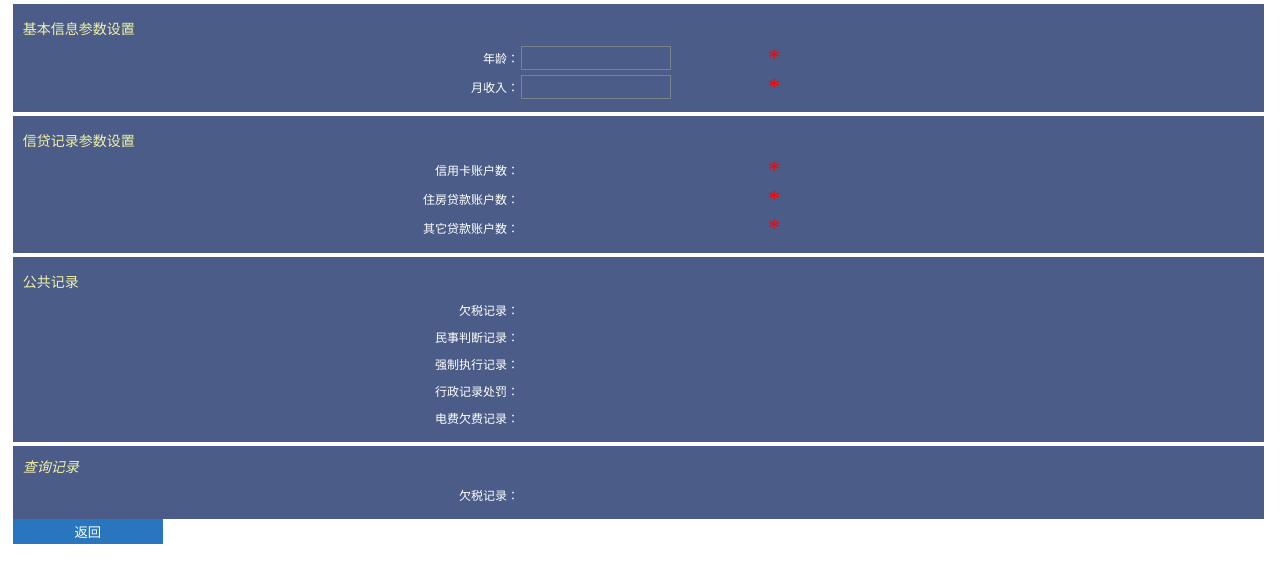
Repository: trieyouth/BigData
Page: http://localhost/BigData/WEB-INF/views/client-credit-analyse-system/data-collect/dataInputDetail.jsp
These files come from the project's save history. The page is drawn as it stood at one moment and after the next save; the edit follows.
The browser window is 1280 px wide. The pictures show the whole page.
The page is served by Tomcat 9. Nobody is signed in. The template is opened directly, without the code that normally fills it, so the values that code supplies are empty.

Above is the page before, as saved 2016-03-10 00:38:37.

After the next save:
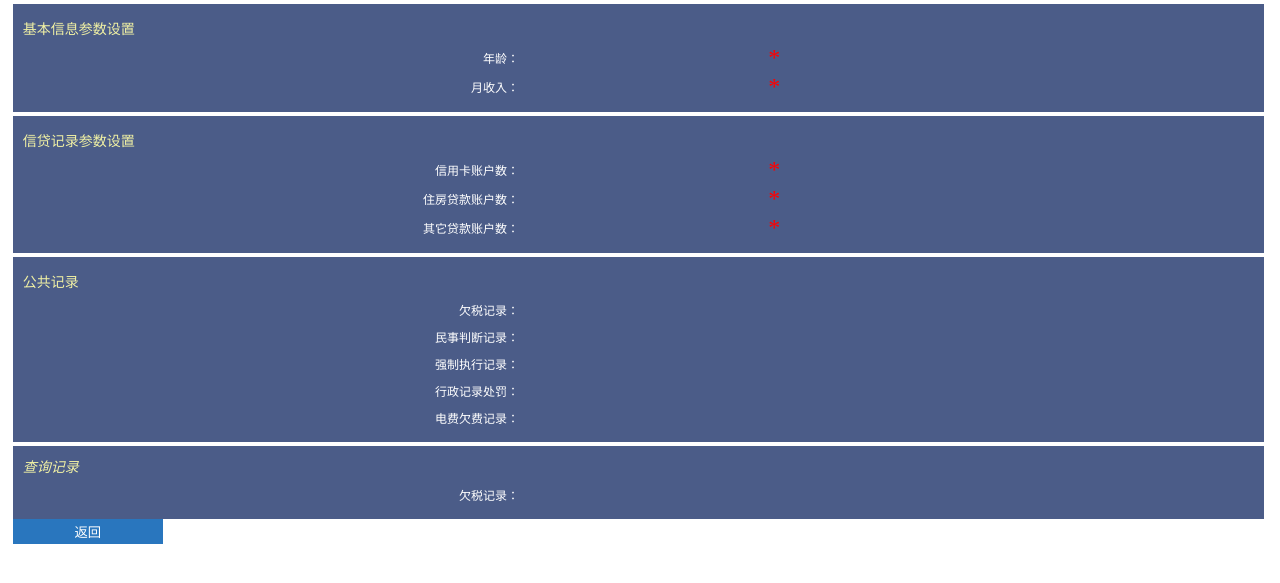
Saved 63 s later.
--- a/BigData/WebRoot/WEB-INF/views/client-credit-analyse-system/data-collect/dataInputDetail.jsp
+++ b/BigData/WebRoot/WEB-INF/views/client-credit-analyse-system/data-collect/dataInputDetail.jsp
@@ -24,7 +24,7 @@ String basePath = request.getScheme()+"://"+request.getServerName()+":"+request.
 
   <body>
 <div style="height:4px; width:100%;"></div>
-<form method="POST" action="<c:url value="/ccas/index/dataCollect/collectingRecord"/>">
+<form method="get" action="<c:url value="/ccas/index/dataCollect/collectingRecord"/>">
 
   <!--基本参数设置区域-->
 
@@ -35,14 +35,12 @@ String basePath = request.getScheme()+"://"+request.getServerName()+":"+request.
     <table frame="void" width = "50%" height="25" >
       <tr>
         <td width="30%"  height="25"  style="text-align:right" ><label id="labelbody" > 年龄： </label></td>
-        <td width="40%"  height="25"  ><label id="labelbody" >
-            <input  type="text" id="inputwidth" name="age" ></label></td>
+        <td width="40%"  height="25"  ><label id="labelbody" ></label></td>
         <td width="30%"  height="25" ><label id="labelbody1" >* </label></td>
       </tr>
       <tr>
         <td width="30%"  height="25"  style="text-align:right" ><label id="labelbody" > 月收入： </label></td>
-        <td width="40%"  height="25"  ><label id="labelbody" >
-            <input  type="text" id="inputwidth" name="monthlyIncome" > </label></td>
+        <td width="40%"  height="25"  ><label id="labelbody" > </label></td>
         <td width="30%"  height="25" ><label id="labelbody1" >*</label></td>
       </tr>
     </table>
